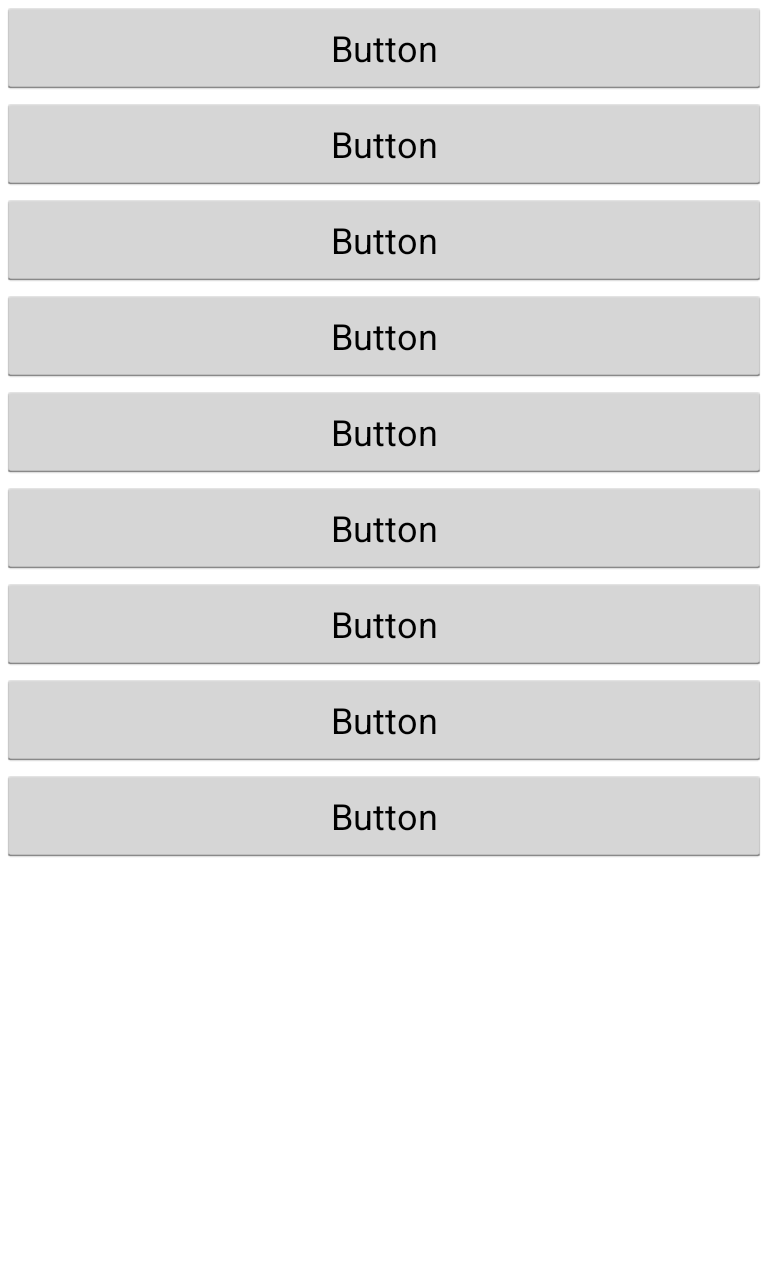
Repository: wissne/mapleproject
Layout: Android/12.Dialog/res/layout/activity_main.xml
An editor plug-in stored every save of this project. The layout is shown before and after the next save, followed by the edit.
It is drawn on a 768 x 1280 px phone screen (xhdpi) without system bars, with theme AppTheme; the app's code is not run.

Above is the layout before, as saved 2012-12-11 15:52:14.

After the next save:
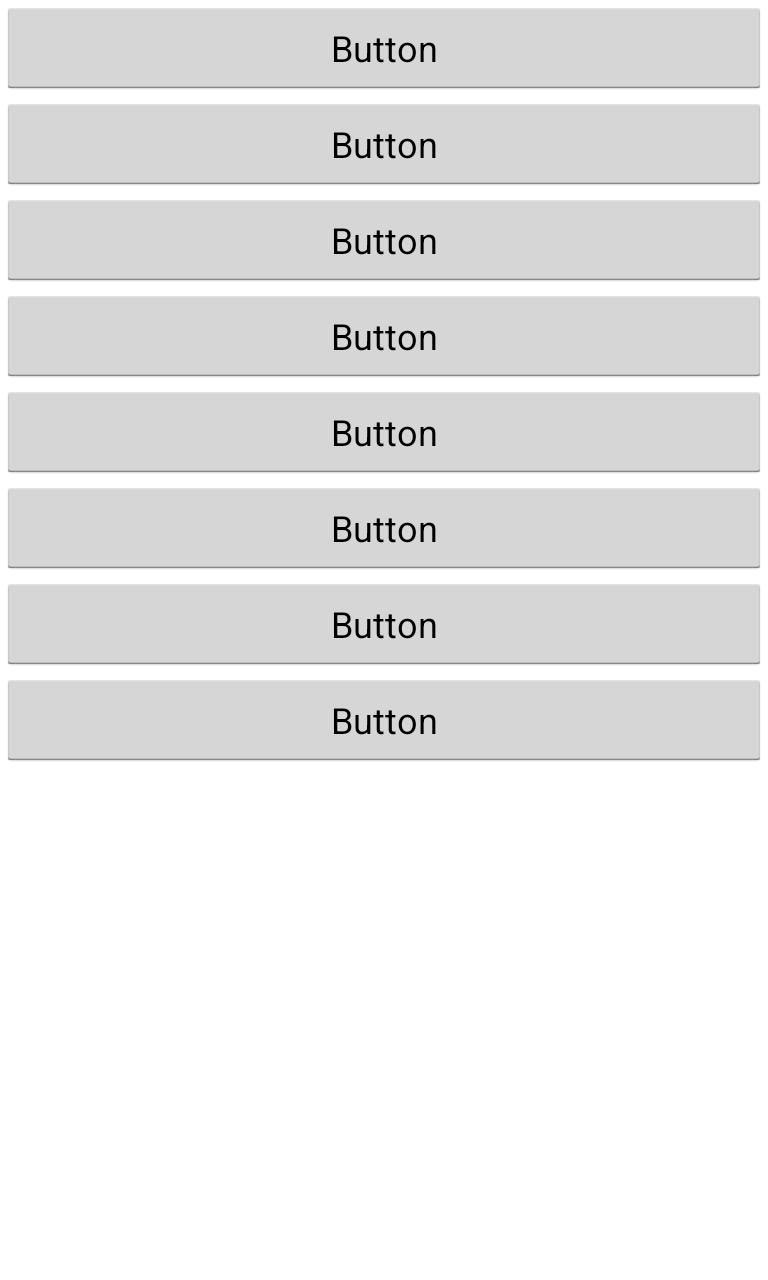
Saved 24 s later.
--- a/Android/12.Dialog/res/layout/activity_main.xml
+++ b/Android/12.Dialog/res/layout/activity_main.xml
@@ -54,10 +54,4 @@
         android:text="Button" />
 
 
-    <Button
-        android:id="@+id/Button08"
-        android:layout_width="match_parent"
-        android:layout_height="wrap_content"
-        android:text="Button" />
-
 </LinearLayout>
